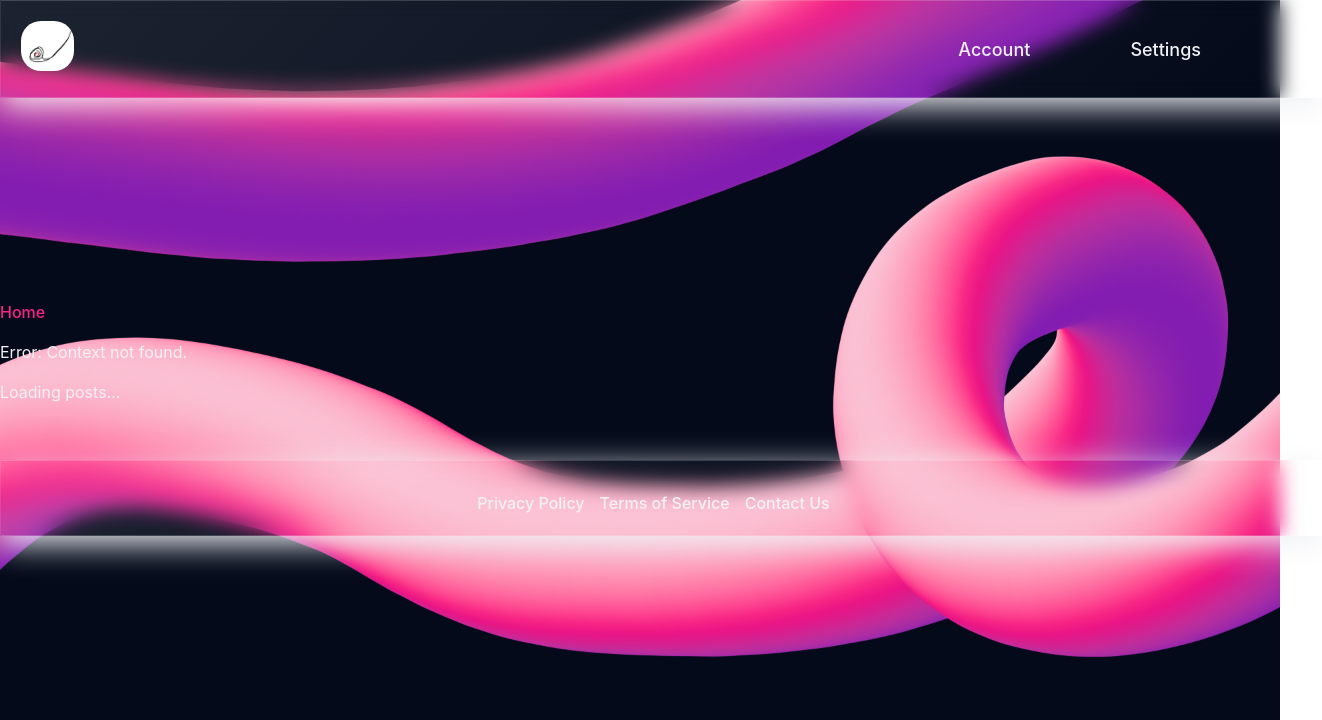
Repository: Jennica1/Front-end-project
Page: /feed (app in react/)
These files come from the project's save history. The page is drawn as it stood at one moment and after the next save; the edit follows.
The browser window is 1280 px wide. The page is 1322 px wide, so the pictures cover 1322 px, including what lies to the right of the window. The pictures show the whole page.
The page's requests for data from a server got no answer. The project was rebuilt for these pictures with package versions that can differ from the ones it lists, and the page was loaded fresh each time. No one was signed in, and anything a server would have sent is missing. Also part of the build but not shown: react/vite.config.js, react/src/Components/Button/Button.css, react/src/Components/Button/Button.jsx, react/src/Components/Sidebar/Sidebar.css, react/src/Components/Sidebar/Sidebar.jsx, react/src/Components/Card/Card.css, react/src/Components/Card/Card.jsx, react/src/pages/Home.jsx and 18 more.

Above is the page before, as saved 2024-11-30 20:54:26.

### react/src/App.jsx
import React from "react";
import { BrowserRouter as Router, Route, Routes } from "react-router-dom";
import Header from "./Components/Header/Header";
import Footer from "./Components/Footer/Footer";
import Home from "./pages/Home";
import Explore from "./pages/Explore";
import Account from "./pages/Account";
import Settings from "./pages/Settings";
import Privacy from "./pages/Privacy";
import Contact from "./pages/Contact";
import Terms from "./pages/Terms";
import PlaylistPage from "./Components/PlaylistPage/PlaylistPage";
import Feed from "./pages/Feed";
import PostList from "./components/Feed/PostList";
import PostPage from "./Components/Feed/PostPage";

const App = () => {
  return (
    <Router>
      <Header />
      <main>
        <Routes>
          {/* Top-level routes */}
          <Route path="/" element={<Home />} />
          <Route path="/explore" element={<Explore />} />
          <Route path="/account" element={<Account />} />
          <Route path="/settings" element={<Settings />} />
          <Route path="/privacy" element={<Privacy />} />
          <Route path="/terms" element={<Terms />} />
          <Route path="/contact" element={<Contact />} />
          <Route path="/playlist/:name" element={<PlaylistPage />} />

          {/* Nested routes for Feed */}
          <Route path="/feed" element={<Feed />}>
            <Route index element={<PostList />} /> {/* Default child route */}
            <Route path="posts/:postId" element={<PostPage />} /> {/* Nested route */}
          </Route>
        </Routes>
      </main>
      <Footer />
    </Router>
  );
};

export default App;

### react/src/Components/Header/Header.jsx
import React from 'react';
import { Link } from 'react-router-dom';
import './Header.css';

const Header = () => {
    return (
        <header className="header">
            <div className="header-container">
            <Link to="/">
                <img src="./images/logo.png" alt="Logo" className="logo" />
            </Link>
                <nav>
                    <ul className="nav-list">
                        <li className="nav-item"><Link to="/account">Account</Link></li>
                        <li className="nav-item"><Link to="/settings">Settings</Link></li>
                    </ul>
                </nav>
            </div>
        </header>
    );
};

export default Header;

### react/src/Components/Footer/Footer.jsx
import React from 'react';
import { Link } from 'react-router-dom';
import './Footer.css';

const Footer = () => {
    return (
        <footer className="footer">
            <nav>
                <ul className="footer-list">
                    <li className="footer-item"><Link to="/privacy">Privacy Policy</Link></li>
                    <li className="footer-item"><Link to="/terms">Terms of Service</Link></li>
                    <li className="footer-item"><Link to="/contact">Contact Us</Link></li>
                </ul>
            </nav>
        </footer>
    );
};

export default Footer;

### react/src/pages/Feed.jsx
import { useEffect,  useReducer } from 'react';

import PostList from '../components/Feed/PostList';

import { AppContext, appReducer } from '../Components/Feed/appContext';

import { Link, Outlet } from 'react-router-dom';


function Feed() {
  const [posts, dispatch] = useReducer(appReducer, []);

  function getComments(comments, post) {
    return comments.filter(comment => comment.postId == post.id);
  }



  useEffect(() => {
    async function fetchPosts() {
      try {
        const [postsResp, commentsResp] = await Promise.all([
          fetch('https://jsonplaceholder.typicode.com/posts'),
          fetch('https://jsonplaceholder.typicode.com/comments')
        ]);

        let posts = await postsResp.json();
        const comments = await commentsResp.json();
        posts = posts.map(post => ({...post, comments: getComments(comments, post)}));

        dispatch({
          type: 'load_posts',
          payload: posts,
        });

      } catch(e) {
        console.error(e.message);
      }
    }

    fetchPosts();
  }, []);

  return (
    <div className="App">
      <Link to="/">Home</Link>
      <PostList posts={posts} />
      <Outlet context={{ posts, dispatch }} />

    </div>
  );
}

export default Feed;

### react/src/Components/Feed/PostList.jsx

import Post from './Post';
import { AppContext } from './appContext';

import { useOutletContext } from 'react-router-dom';

export default function PostList(){
    const context = useOutletContext();

    if (!context) {
        console.error('No context provided to PostList');
        return <p>Error: Context not found.</p>;
    }

    const { posts } = context;

    if (!posts || posts.length === 0) {
        return <p>Loading posts...</p>;
    }

    return (
        <div className="posts">
            <h1>My blog</h1>
            {posts.map(post => <Post key={post.id} post={post} />)}
        </div>
    );
}

### react/src/Components/Header/Header.css
.header {
    background: linear-gradient(135deg, var(--transparentDarkGray), var(--transparentBlack));
    backdrop-filter: blur(10px);
    border: 1px solid var(--transparentBlack18);
    box-shadow: 0 8px 32px 0;
    padding: 20px;
    position: absolute;
    width: 100%;
    top: 0;
    left: 0;
}

.header-container {
    display: flex;
    align-items: center;
    justify-content: space-between;
    width: 100%;
}

.logo {
    height: 50px;
    border-radius: 20px;
}

.nav-list {
    display: flex;
    list-style-type: none;
    padding: 0;
    margin: 0;
}

.nav-item {
    margin-right: 100px;
}

.nav-item a {
    color: var(--color-light);
    text-decoration: none;
    font-size: 18px;
}

.nav-item a:hover {
    text-decoration: underline;
    color: var(--color-light);
}

### react/src/Components/Footer/Footer.css
.footer {
    background: linear-gradient(135deg,var(--transparentDarkGray),var(--transparentBlack));
    backdrop-filter: blur(10px);
    border:1px solid var(--transparentBlack18);
    box-shadow:0 8px 32px 0;
    color: var(--color-light);
    padding: 20px;
    text-align: center;
    position: absolute;
    left: 0;
    width: 100%;
    margin-top: 40px;
}

.footer-content {
    display: flex;
    flex-direction: column;
    align-items: center;
}

.footer-list {
    list-style-type: none;
    padding: 0;
    margin: 10px 0 0 0;
}

.footer-list .footer-item {
    display: inline;
    margin-right: 15px;
}

.footer-item a {
    color: var(--color-light);
    text-decoration: none;
}

.footer-item a:hover {
    text-decoration: underline;
    color: var(--color-light);
}

### react/src/Components/Feed/appContext.js
import { createContext } from 'react';

export const AppContext = createContext();

export function appReducer(posts, action) {
    switch(action.type){
        case 'load_posts': {
            return action.payload;
        }
        case 'add_comment': {
            const { payload } = action;
            const post = posts.find(p => p.id == payload.postId);

            const comments = [...post.comments, payload];

            const updatedPosts = posts.map(p => {
                if (p.id == payload.postId) {
                    return { ...post, comments };
                } else {
                    return p;
                }
            });

            return updatedPosts;
        }
        case 'update_comment': {
            const { payload } = action;
            const post = posts.find(p => p.id == payload.postId);

            const comments = post.comments.map(c => {
              if (c.id == payload.id) {
                return payload;
              } else {
                return c;
              }
            });

            const updatedPosts = posts.map(p => {
              if (p.id == payload.postId) {
                return { ...post, comments };
              } else {
                return p;
              }
            });

            return updatedPosts;
        }
        default: {
            throw new Error('Invalid action');
        }
    }
}

### react/src/pages/styles/Home.css
.container {
    display: flex;
    width: 100vw;
    backdrop-filter: blur(10px);
    max-width: 100%;
}

.sidebar {
    flex-basis: 25%;
    color: var(--color-light);
    padding: 20px;
    left: 0;
}

.recommended {
    display: flex;
    flex-direction: column;
    align-items: flex-start;
    margin-left: 8px;
}

.cardContainer {
    display: flex;
    flex-wrap: nowrap;
    overflow-x: auto;
    gap: 15px;
    backdrop-filter: blur(10px);
    border: 1px solid var(--transparentBlack18);
    box-shadow: 0 8px 32px 0;
    padding: 10px;
    border-radius: 12px;
    max-width: 100%;
}

.category {
    display: flex;
    justify-content: space-between;
    align-items: center;
    width: 100%;
    margin-bottom: 10px;
}

.category>h3{
    color: var(--color-light);
}

h1 {
    color: var(--color-primary);
}

.btn-group {
   display: flex;

}

.btn {
    margin: 4px;
}

@media (min-width: 701px) and (max-width: 1120px){
    .container {
        display: flex;
        width: 100vw;
        backdrop-filter: blur(10px);
        max-width: 100%;
        gap:16px;
    }

    .cardContainer {
        /* Hide 3 cards */
        display: flex;
        flex-wrap: nowrap; /* Use grid layout to control visibility */
        grid-template-columns: repeat(1, 1fr);
        overflow: hidden; /* Hide overflow */
    }

    /* Hide specific cards */
    .cardContainer > .card:nth-child(n+3) {
        display: none;
    }
}


@media (max-width: 700px) {
    .container{
        display: flex;
        width: 100vw;
        backdrop-filter: blur(10px);
        gap:40px;
    }

    .sidebar {
        flex-basis: 25%;
        color: var(--color-light);
        padding: 20px;
        left: 0;
        margin-left: -10px;
    }

    .cardContainer {
        /* Hide 3 cards */
        display: flex;
        flex-wrap: nowrap; /* Use grid layout to control visibility */
        grid-template-columns: repeat(1, 1fr);
        overflow: hidden; /* Hide overflow */
    }

    /* Hide specific cards */
    .cardContainer > .card:nth-child(n+2) {
        display: none;
    }
}

### react/src/Components/Feed/Post.jsx
import { Link } from 'react-router-dom';

export default function Post({ post }) {
    return (
        <div className="post">
            <h2>
                <Link to={`posts/${post.id}`}>{post.title}</Link>
            </h2>
            <p>{post.body}</p>
        </div>
    );
}

Loaded but not shown: react/index.html (common file); react/src/main.jsx (common file); react/src/index.css (common file)

After the next save:
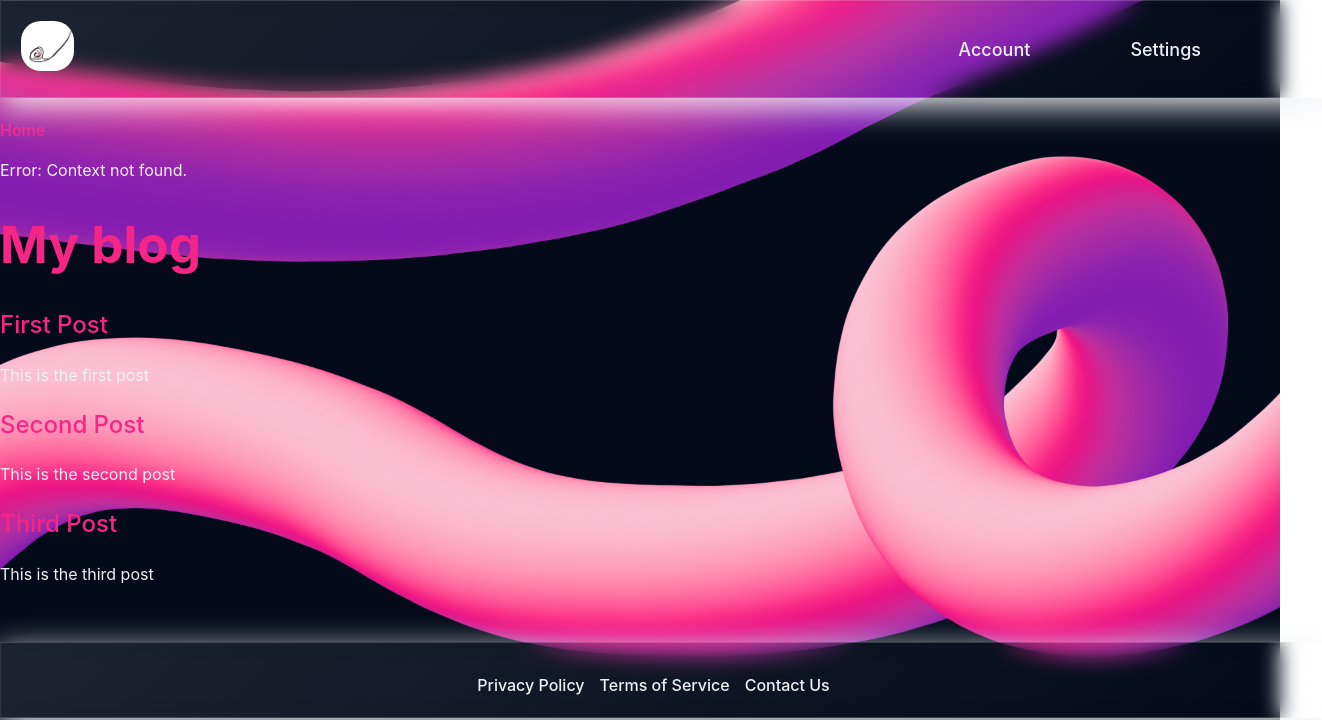
Saved 9 s later.
--- a/react/src/pages/Feed.jsx
+++ b/react/src/pages/Feed.jsx
@@ -1,44 +1,40 @@
-import { useEffect,  useReducer } from 'react';
+import { useEffect, useReducer } from "react";
+import PostList from "../components/Feed/PostList";
+import { Link, Outlet } from "react-router-dom";
+import { appReducer } from "../Components/Feed/appContext";
 
-import PostList from '../components/Feed/PostList';
+// Hardcoded posts and comments
+const hardcodedPosts = [
+  { id: 1, title: "First Post", body: "This is the first post" },
+  { id: 2, title: "Second Post", body: "This is the second post" },
+  { id: 3, title: "Third Post", body: "This is the third post" },
+];
 
-import { AppContext, appReducer } from '../Components/Feed/appContext';
-
-import { Link, Outlet } from 'react-router-dom';
-
+const hardcodedComments = [
+  { id: 1, postId: 1, body: "First comment on post 1" },
+  { id: 2, postId: 1, body: "Second comment on post 1" },
+  { id: 3, postId: 2, body: "First comment on post 2" },
+  { id: 4, postId: 3, body: "First comment on post 3" },
+];
 
 function Feed() {
   const [posts, dispatch] = useReducer(appReducer, []);
 
   function getComments(comments, post) {
-    return comments.filter(comment => comment.postId == post.id);
+    return comments.filter((comment) => comment.postId === post.id);
   }
 
+  useEffect(() => {
+    // Mimic fetching posts and comments
+    const postsWithComments = hardcodedPosts.map((post) => ({
+      ...post,
+      comments: getComments(hardcodedComments, post),
+    }));
 
-
-  useEffect(() => {
-    async function fetchPosts() {
-      try {
-        const [postsResp, commentsResp] = await Promise.all([
-          fetch('https://jsonplaceholder.typicode.com/posts'),
-          fetch('https://jsonplaceholder.typicode.com/comments')
-        ]);
-
-        let posts = await postsResp.json();
-        const comments = await commentsResp.json();
-        posts = posts.map(post => ({...post, comments: getComments(comments, post)}));
-
-        dispatch({
-          type: 'load_posts',
-          payload: posts,
-        });
-
-      } catch(e) {
-        console.error(e.message);
-      }
-    }
-
-    fetchPosts();
+    dispatch({
+      type: "load_posts",
+      payload: postsWithComments,
+    });
   }, []);
 
   return (
@@ -46,7 +42,6 @@ function Feed() {
       <Link to="/">Home</Link>
       <PostList posts={posts} />
       <Outlet context={{ posts, dispatch }} />
-
     </div>
   );
 }
